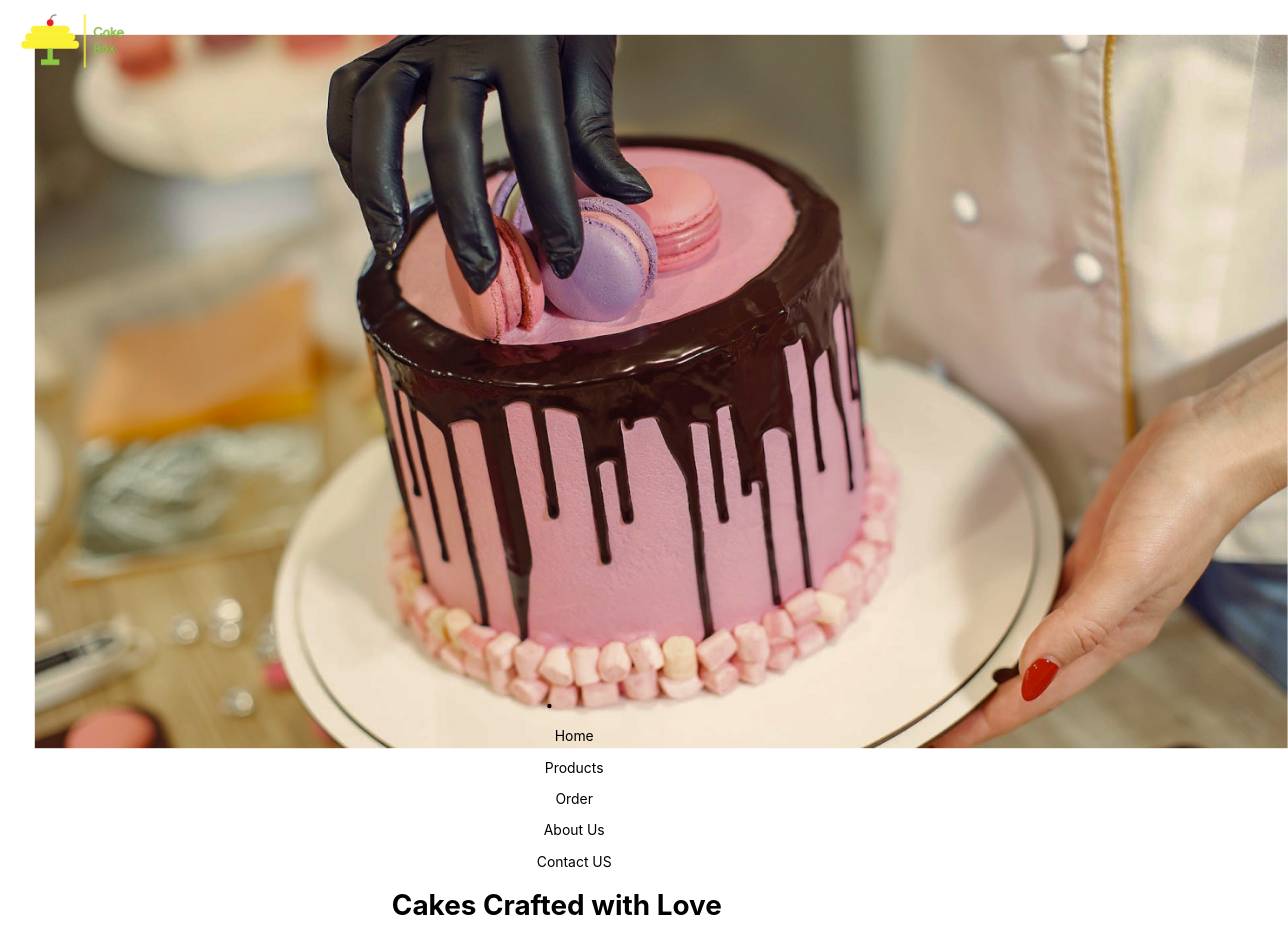
Repository: MEROO1010/cake-box
Page: /
An editor plug-in stored every save of this project. The page is shown before and after the next save, followed by the edit.
The browser window is 1280 px wide. The page is 1480 px wide, so the pictures cover 1480 px, including what lies to the right of the window. The pictures show the whole page, at 87% of full size.
The project was rebuilt for these pictures with package versions that can differ from the ones it lists, and the page was loaded fresh each time.

Above is the page before, as saved 2023-10-22 12:12:28.

After the next save:
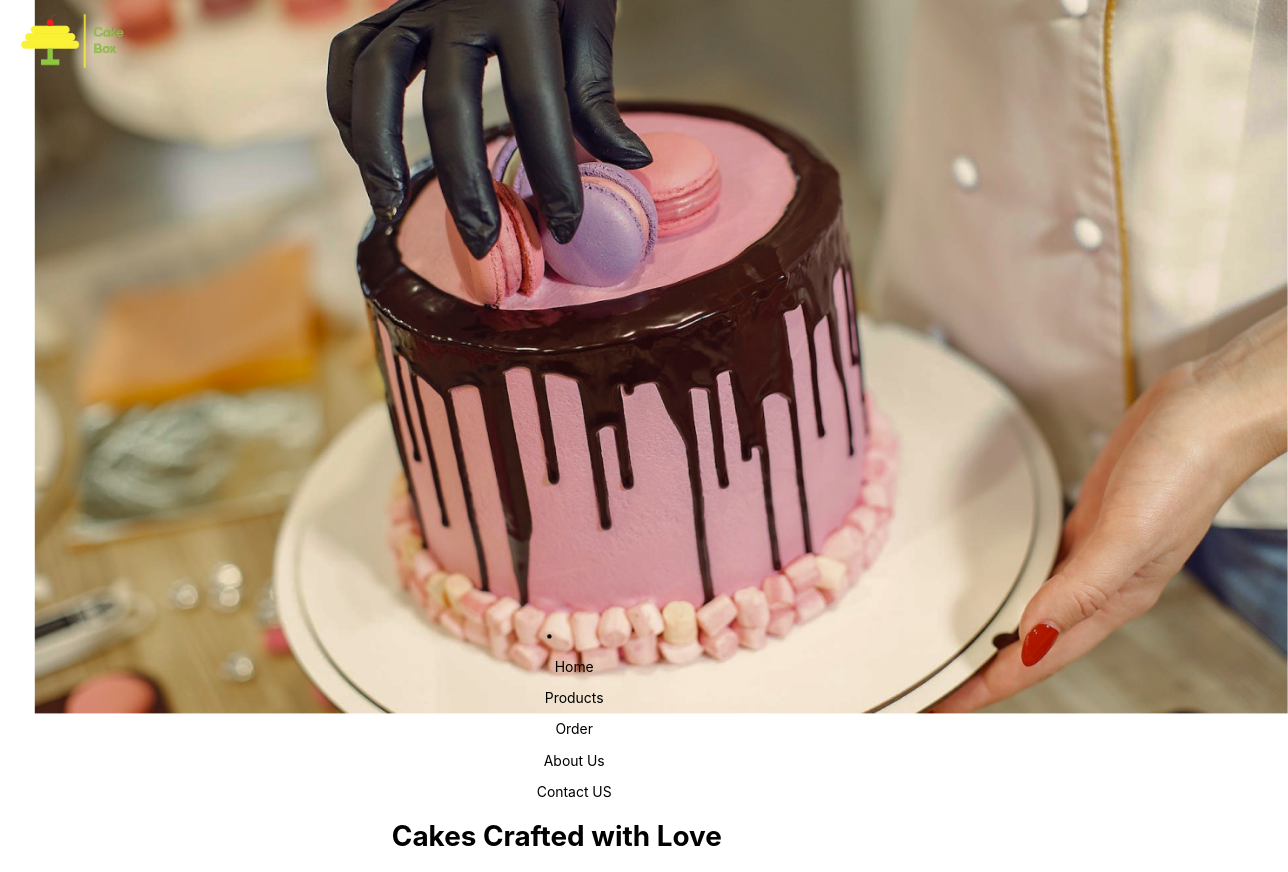
Saved 10 s later.
--- a/src/components/HomePage.jsx
+++ b/src/components/HomePage.jsx
@@ -47,7 +47,7 @@
   max-width: 100%;
   width: 100vw;
   height: 100vh;
-  padding:40px;
+  padding-left:40px;
 
 `
 
